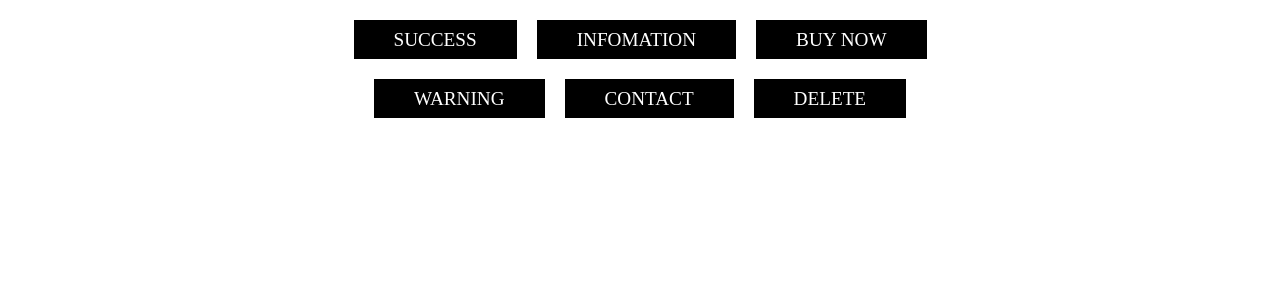
Repository: ThanhPhongsof/Css-Course
Page: index.html
An editor plug-in stored every save of this project. The page is shown before and after the next save, followed by the edit.
The browser window is 1280 px wide. The pictures show the whole page.

Above is the page before, as saved 2022-05-16 08:07:59.

After the next save:
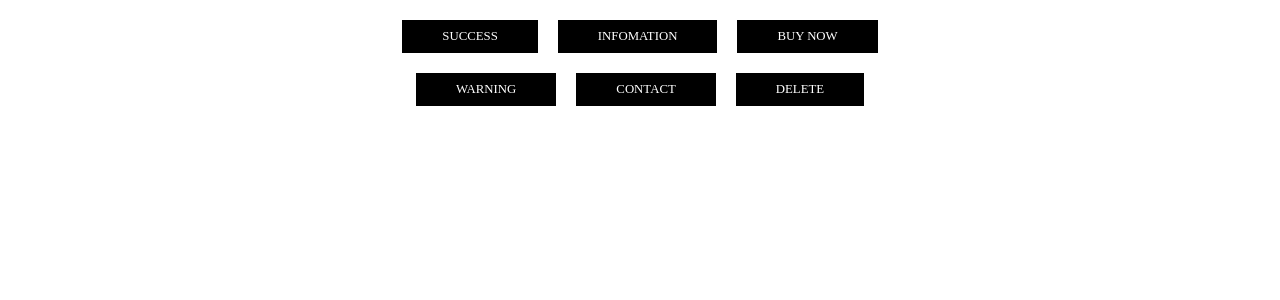
Saved 6 s later.
--- a/styles.css
+++ b/styles.css
@@ -11,7 +11,7 @@
   text-transform: uppercase;
   background: #000;
   color: white;
-  font-size: 1.2rem;
+  font-size: 0.8rem;
   padding: 10px 40px;
   /* border-radius: 20px; */
 }
